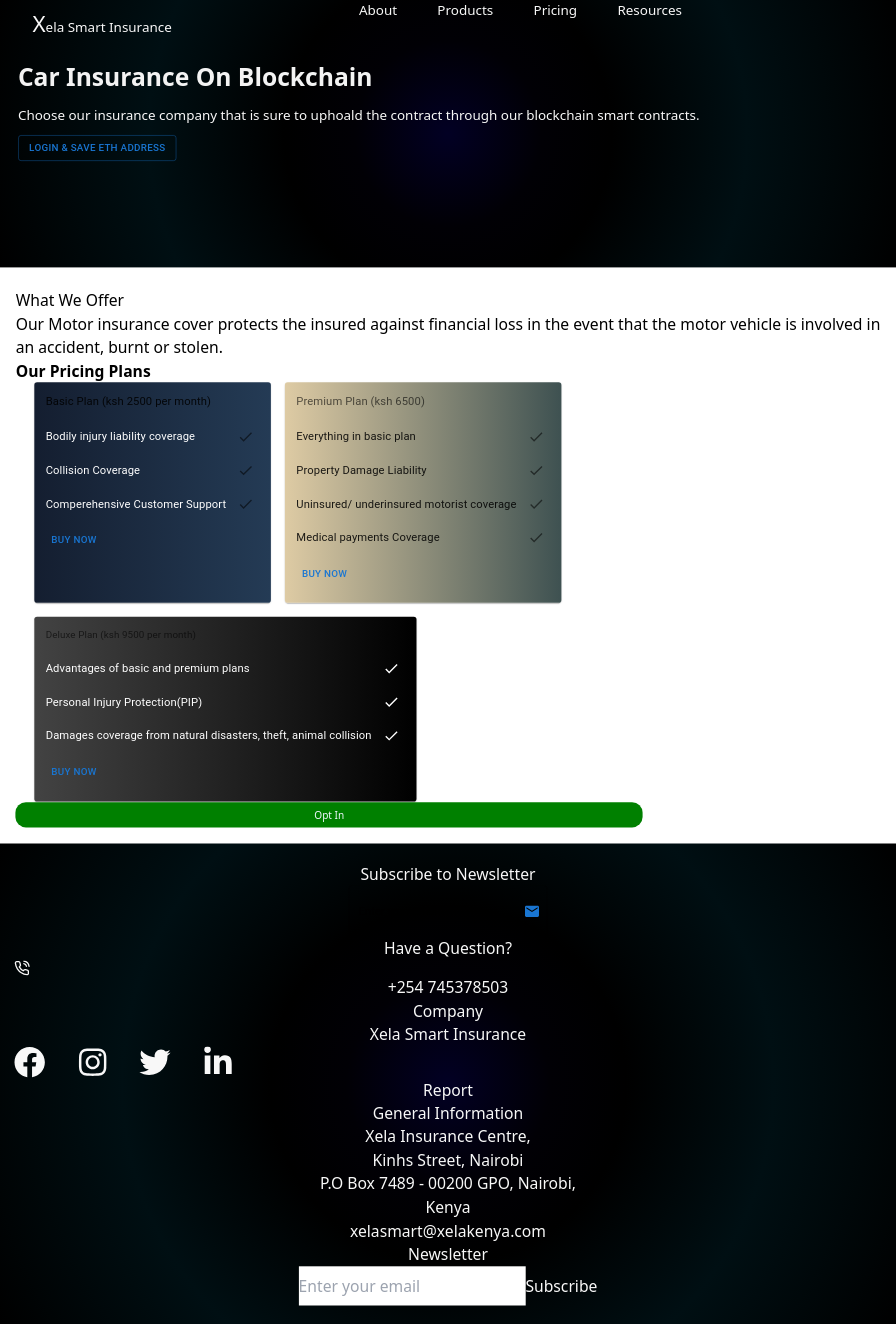
Repository: ALVIN-OBONYO/Xela-smart_insuarance
Page: / (app in frontend/)
The author's editor kept a copy of each file at every save. The page is drawn from the files as they stood at one save, then again after the next save.
The browser window is 1280 px wide. The pictures show the whole page, at 70% of full size.
The project was rebuilt for these pictures with package versions that can differ from the ones it lists, and the page was loaded fresh each time. Also part of the build but not shown: frontend/src/Pages/Policies.jsx, frontend/src/Components/Calendar.css, frontend/src/Components/Calendar.jsx, frontend/src/Components/Input.js, frontend/src/Components/Upload.css, frontend/src/Components/Upload.js, frontend/src/Pages/ReportForm.jsx, frontend/src/Pages/Report.jsx and 2 more.

Above is the page before, as saved 2022-10-04 07:31:34.

### frontend/public/index.html
<!DOCTYPE html>
<html lang="en">
  <head>
    <meta charset="utf-8" />
    <link rel="icon" href="%PUBLIC_URL%/favicon.ico" />
    <meta name="viewport" content="width=device-width, initial-scale=1" />
    <meta name="theme-color" content="#000000" />
    <meta
      name="description"
      content="Web site created using create-react-app"
    />
    <link rel="apple-touch-icon" href="%PUBLIC_URL%/logo192.png" />
    <!--
      manifest.json provides metadata used when your web app is installed on a
      user's mobile device or desktop. See https://developers.google.com/web/fundamentals/web-app-manifest/
    -->
    <link rel="manifest" href="%PUBLIC_URL%/manifest.json" />
    <!--
      Notice the use of %PUBLIC_URL% in the tags above.
      It will be replaced with the URL of the `public` folder during the build.
      Only files inside the `public` folder can be referenced from the HTML.

      Unlike "/favicon.ico" or "favicon.ico", "%PUBLIC_URL%/favicon.ico" will
      work correctly both with client-side routing and a non-root public URL.
      Learn how to configure a non-root public URL by running `npm run build`.
    -->
    <title>React App</title>
  </head>
  <body>
    <noscript>You need to enable JavaScript to run this app.</noscript>
    <link
    href="https://unpkg.com/tailwindcss@^1.0/dist/tailwind.min.css"
    rel="stylesheet"
  />
  <script
    src="https://cdnjs.cloudflare.com/ajax/libs/web3/1.6.1/web3.min.js"
    integrity="sha512-5erpERW8MxcHDF7Xea9eBQPiRtxbse70pFcaHJuOhdEBQeAxGQjUwgJbuBDWve+xP/u5IoJbKjyJk50qCnMD7A=="
    crossorigin="anonymous"
    referrerpolicy="no-referrer"
  ></script>
    <div id="root"></div>
    <!--
      This HTML file is a template.
      If you open it directly in the browser, you will see an empty page.

      You can add webfonts, meta tags, or analytics to this file.
      The build step will place the bundled scripts into the <body> tag.

      To begin the development, run `npm start` or `yarn start`.
      To create a production bundle, use `npm run build` or `yarn build`.
    -->
  </body>
</html>

### frontend/src/index.js
import React from 'react';
import ReactDOM from 'react-dom/client';
import './index.css';
import App from './App';
import reportWebVitals from './reportWebVitals';
import { BrowserRouter } from 'react-router-dom';
const root = ReactDOM.createRoot(document.getElementById('root'));
root.render(
  <React.StrictMode>
     <BrowserRouter>
       <App />
    </BrowserRouter>
  </React.StrictMode>
);

// If you want to start measuring performance in your app, pass a function
// to log results (for example: reportWebVitals(console.log))
// or send to an analytics endpoint. Learn more: https://bit.ly/CRA-vitals
reportWebVitals();

### frontend/src/App.jsx
import './App.css';
import RoutePages from './Components/RoutePages';

function App() {
  return (
    <div className="App">
      <RoutePages/>
    </div>
  );
}

export default App;

### frontend/src/Components/RoutePages.jsx
import React from 'react'
import { Routes, Route} from 'react-router-dom'
import EntryPage from '../Pages/Entrypage'
import PolicyMaker from '../Pages/Policies'
import ReportForm from '../Pages/ReportForm'
import Report from '../Pages/Report'
import ReportInfo from '../Pages/ReportInfo'
import FormPagination from './FormPagination'
const RoutePages = () => {
    return (


   <Routes>

    <Route exact path="/" element={<EntryPage />} />
    <Route path="policy" element={<PolicyMaker />} />

    <Route path="report/2" element={<ReportForm/> } />
    <Route path="report/1" element={<ReportInfo />} />
    <Route path="report/*" element={<FormPagination />} />

   </Routes>


    )
}

export default RoutePages

### frontend/src/Pages/Entrypage.jsx
import React, {useState, useRef} from 'react'
import "../Components/Navbar.css"
import { FaTimes, FaBars, FaInstagram, FaTwitter, FaLinkedinIn, FaFacebook, } from 'react-icons/fa'
import {FiPhoneCall} from 'react-icons/fi'
import { Link} from 'react-router-dom'
import { loginWithEth } from '../Services/LoginWithEth'
import { truncateAddress } from '../Services/TruncateAddress'
import Web3 from 'web3'
import { getContractSymbol } from '../Services/Contract'
import TextField from '@mui/material/TextField'
import Button from "@mui/material/Button"
import FormGroup from "@mui/material/FormGroup"
import PlanCard from "../Components/Cards"
import EmailIcon from "@mui/icons-material/Email"
import { IconButton, InputAdornment } from '@mui/material'
const Entrypage = () => {
        const [navButton, setNavButton] = useState(false)
        const [policy, setPolicy] = useState("")
        const switchNavState = () => setNavButton(!navButton)
        const buttonLogout = useRef(null)
        const yourAddress = useRef()
        window.userAddress = null



        window.onload = async () => {
            if (window.ethereum) {
                window.web3 = new Web3(window.ethereum)
            } else {
                alert("No ETH browser extension detected.")
            }
        }

        function showAddress() {
          if (!window.userAddress) {
            yourAddress.current.innerText = ""
            buttonLogout.current.classList.add("hidden")
             return false
        }

        yourAddress.innerText = `ETH Address: ${truncateAddress(window.userAddress)}`
        buttonLogout.classList.remove("hidden")
    }

         function logout() {
            window.userAddress = null
            window.localStorage.removeItem(buttonLogout)
            showAddress()
}

    return (
        <>
        <header>
        <nav id="my-nav">
        <h1 className='brand'><span className='X'>X</span>ela Smart Insurance</h1>
        <div className='toogleNav' onClick={switchNavState} >{navButton ?
        <div id="bars">

            <FaBars size="2.5em"/>
            </div> :
            <div className = "navflex">
            <div id="times">
                <FaTimes />
                </div>
            <h4>About</h4>
            <h4>Products</h4>
            <h4>Pricing</h4>
            <h4>Resources</h4>
            </div>

}
        </div>
        <div className='nav-section'>
            <h4>About</h4>
            <h4>Products</h4>
            <h4>Pricing</h4>
            <h4>Resources</h4>
        </div>
        </nav>
        <section className="top-descr" id='top'>
            <h1 id="top-h3">Car Insurance On Blockchain</h1>
            <p id="top-pg">Choose our insurance company that is sure to uphoald the contract through our blockchain smart contracts.</p>
            <div id="policy-sec">
                {/* <FormGroup row >
               <TextField
                variant="outlined"
                placeholder='Enter your policy number'
                sx={{
                    borderRadius: 0,
                    padding: 0
                }}
                />
                <Button variant="contained" sx={{
                    borderRadius: 0,
                    padding: "6px"
                }}>Verify</Button>
                    </FormGroup> */}

            <Button variant="outlined" onClick={loginWithEth}>Login & Save ETH Address
                </Button>
                <p id="userAddress" className="text-gray-600" ref={yourAddress}></p>
                <button id="logoutButton" onClick={logout} className="hidden text-blue-500 underline" ref={buttonLogout}>Logout</button>
                           </div>
        </section>
        </header>
        <div className='about-descr' id="descr">
            <h2>What We Offer</h2>
            <p>
            Our Motor insurance cover protects the insured against financial loss in the event that the motor vehicle is involved in an accident, burnt or stolen.</p>

            <p>


<b>Our Pricing Plans</b>
</p>
<PlanCard />
            <Link to="/policy"><button id="buy-policy" onClick={getContractSymbol}>Opt In</button></Link>
        </div>
        <div id="land-footer">
            <div>
                <h2>Subscribe to Newsletter</h2>

                     <TextField
                       variant="outlined"
                       placeholder="Enter your email"

                       InputProps={{
                        endAdornment: (
                            <InputAdornment position="end">
                                <IconButton edge="end" color='primary'>
                                    <EmailIcon />
                                </IconButton>
                            </InputAdornment>
                        )
                       }}
                       />

            </div>
            <div>
            <h2>Have a Question?</h2>
             <h3><FiPhoneCall /> <span>+254 745378503</span></h3>
             <h2>Company</h2>
             <h3>Xela Smart Insurance</h3>
             <div id="social-icons">
               <FaFacebook size="2em"/>
               <FaInstagram size="2em"/>
               <FaTwitter size="2em"/>
               <FaLinkedinIn size="2em"/>
             </div>
             <div>
                <Link to="/report/1">Report</Link>
                <h2>General Information</h2>
                <h4>Xela Insurance Centre,</h4>
                <h4>Kinhs Street, Nairobi</h4>
                <h4>P.O Box 7489 - 00200 GPO, Nairobi,</h4>
                <h4>Kenya</h4>
                <h4>xelasmart@xelakenya.com</h4>
                <h2>Newsletter</h2>
                <input type="text" placeholder="Enter your email" />
                <button>Subscribe</button>
             </div>
            </div>
        </div>
        </>
    )
}

export default Entrypage

### frontend/src/Components/Navbar.css
nav {
    width: 100vw;
    display: flex;
    justify-content: flex-start;
    align-items: flex-start;
}

.brand {
    flex-grow: 1;
    text-align: start;
    padding-left: 2.9rem;
    margin-top: 0.6rem;
    font-size: 1.2rem;
}

.X {
    font-size: 2rem;

}
.nav-section {
    display: flex;
    flex-grow: 1;
    gap: 3em;
    font-size: 1.2rem;
    padding-right: 2em;
    justify-content: flex-start;
    align-items: center;
}
.top-descr  {
    margin-top: 0;
    padding: 1em;
    text-align: justify;
    font-size: 1.6rem;
    height: 45vh;

}


#descr {
    margin-top: 0.5rem;
    padding: 1em;
    text-align: justify;
    font-size: 1.4rem;

}

#top > h1 {
    font-size: 2.2rem;
    font-weight: 700;
    color: rgba(255, 255, 255, 0.952);
    margin-bottom: 0.4em;

}
header {
    background: rgb(2,0,36);
background: radial-gradient(circle, rgba(2,0,36,1) 0%, rgba(1,0,5,1) 20%, rgba(0,0,0,1) 35%, rgba(0,15,19,1) 64%, rgba(0,0,0,1) 100%);
    color: rgb(248, 248, 248);
}


#top-pg {

    font-size: 1.2rem;
    margin-bottom: 0.9rem;
}
#policy-sec {
    display: flex;
    gap: 0.8em;

}
input[type=text] {
    flex-grow: 1;
    height: 2.5em;
}
#btn-policy {
    background-color: rgb(0, 39, 90);
    flex-grow: 1;
    color: wheat;
    border: none;
    margin-top: 0.8em;
    border-radius: 5px;
    padding: 0.6rem;
    font-size: 1.4rem;
    font-weight: 500;

}
#buy-policy {
    width: 70vw;
    height: 2.5em;
    border: none;
    background-color: #008000;
    color:aliceblue;
    font-size: 0.9rem;
    border-radius: 15px;
}
#social-icons {
    display: flex;
    gap: 2em;
}
#land-footer {
    background: rgb(2,0,36);
    background: radial-gradient(circle, rgba(2,0,36,1) 0%, rgba(1,0,5,1) 20%, rgba(0,0,0,1) 35%, rgba(0,15,19,1) 64%, rgba(0,0,0,1) 100%);
    color: rgb(248, 248, 248);
    position: relative;
    padding: 1.2em  0.9em;
    font-size: 1.4rem;
}

.navflex {
    display: flex;
    flex-direction: column;
    justify-content: center;
    align-items: center;
    gap: 2em;
    background-color: rgba(19, 20, 27, 0.918);
    color: white;
    width: 100vw;
    height: 100vh;
    right: 0;
    top: 0;
    position: absolute;
    text-transform: uppercase;
    /* animation-name: ${navanim}; */
}
@media screen and (max-width: 600px){
   .nav-section {

      display: none;
   }


}

@media screen and (min-width: 600px){
    .toogleNav {
        display: none;
        padding: 1.3em;
    }
}

### frontend/src/Services/LoginWithEth.js
import { showAddress } from "./showAddress";
export async function loginWithEth() {
    if (window.web3) {
        try {
            const selectedAccount = await window.ethereum.request({
                method: "eth_requestAccounts"
            })
            .then((accounts) => accounts[0])
            .catch(() => {
                throw Error("No account selected!")
            })

          window.userAddress = selectedAccount;
          window.localStorage.setItem("userAddress", selectedAccount);
        //   showAddress()
        }
        catch (error) {
            console.error(error)
        }
    } else {
        alert("No ETH browser extension detected.");
    }
}

### frontend/src/Services/TruncateAddress.js
export function truncateAddress(address) {
    if (!address) {
        return "";
    }
    return `${address.substr(0, 5)}...${address.substr(
        address.length - 5,
        address.length
      )}`;
}

### frontend/src/Services/Contract.js
window.ABI = require('./contract-abi.json')
export async function getContractSymbol() {
    const CONTRACT_ADDRESS = "0x1A5b30a61CED9B4D9c209E7F1d2fbD38657f8EB1"

    const contract = new window.web3.eth.Contract(
        window.ABI,
        CONTRACT_ADDRESS
    )

    const symbol = await contract.methods.symbol().call({
        from: window.userAddress    })

    alert(`Contract ${CONTRACT_ADDRESS} Symbol: ${symbol}`);
}

### frontend/src/Components/Cards.jsx
import * as React from 'react'
import Box from '@mui/material/Box'
import Card from '@mui/material/Card'
import CardActions from '@mui/material/CardActions'
import CardContent from '@mui/material/CardContent'
import Button from '@mui/material/Button'
import Typography from '@mui/material/Typography'
import {MdDone} from 'react-icons/md'
import List from '@mui/material/List'
import ListItem from '@mui/material/ListItem'
import ListItemText from '@mui/material/ListItemText'
import  IconButton  from '@mui/material/IconButton'

const planValues = [
    {id: 1, text: "Bodily injury liability coverage"},
    {id: 2, text: "Collision Coverage"},
    {id: 3, text: "Comperehensive Customer Support"}

]

const premium = [
    {id: 1, text: "Everything in basic plan"},
    {id: 2, text: "Property Damage Liability"},
    {id: 3, text: "Uninsured/ underinsured motorist coverage"},
    {id: 3, text: "Medical payments Coverage"},
]

const deluxe = [
    {id: 1, text: "Advantages of basic and premium plans"},
    {id: 2, text: "Personal Injury Protection(PIP)"},
    {id: 3, text: "Damages coverage from natural disasters, theft, animal collision"},

]
const PlanCard = () => {
    return (
        <Box sx={{ display: "flex", mx: "1.2em", flexDirection: "row", flexWrap: "wrap", gap: "0.9em"}}>
        <Card sx={{background: 'linear-gradient(to right, #141e30, #243b55)', color: 'white'}}>
        <CardContent>
            <Typography sx={{ fontSize: 16}} color="text.primary" gutterBottom>
                Basic Plan   (ksh 2500 per month)
            </Typography>
            <List sx={{ width: '100%'}}>
                {planValues.map((elem)=> (
                <ListItem key={elem.id} disableGutters secondaryAction={
                    <IconButton>
                        <MdDone />
                    </IconButton>
                }>
                <ListItemText primary={elem.text} />
                </ListItem>
                ))}
            </List>
            <Button>Buy Now</Button>
        </CardContent>
        </Card>
        <Card sx={{background: "linear-gradient(to right, #DECBA4, #3E5151)"}}>
        <CardContent>
            <Typography sx={{ fontSize: 16}} color="text.secondary" gutterBottom>
                Premium Plan   (ksh 6500)
            </Typography>
            <List sx={{ width: '100%'}}>
                {premium.map((elem)=> (
                <ListItem key={elem.id} disableGutters secondaryAction={
                    <IconButton>
                        <MdDone />
                    </IconButton>
                }>
                <ListItemText primary={elem.text} />
                </ListItem>
                ))}
            </List>
            <Button>Buy Now</Button>
        </CardContent>
        </Card>
        <Card sx={{background: "linear-gradient(to right, #434343 0%, black 100%)", color: "white"}}>
        <CardContent>
            <Typography sx={{ fontSize: 14}} color="text.secondary" gutterBottom>
                Deluxe Plan   (ksh 9500 per month)
            </Typography>
            <List sx={{ width: '100%'}}>
                {deluxe.map((elem)=> (
                <ListItem key={elem.id} disableGutters secondaryAction={
                    <IconButton>
                        <MdDone color="white"/>
                    </IconButton>
                }>
                <ListItemText primary={elem.text} />
                </ListItem>
                ))}
            </List>
            <Button>Buy Now</Button>
        </CardContent>
        </Card>
        </Box>
    )
}

export default PlanCard

Loaded but not shown: frontend/src/index.css (common file); frontend/src/reportWebVitals.js (common file); frontend/src/App.css (common file); frontend/src/Services/contract-abi.json (501 lines, source omitted); frontend/src/Services/showAddress.js (no stored copy; drawn as an empty file)

After the next save:
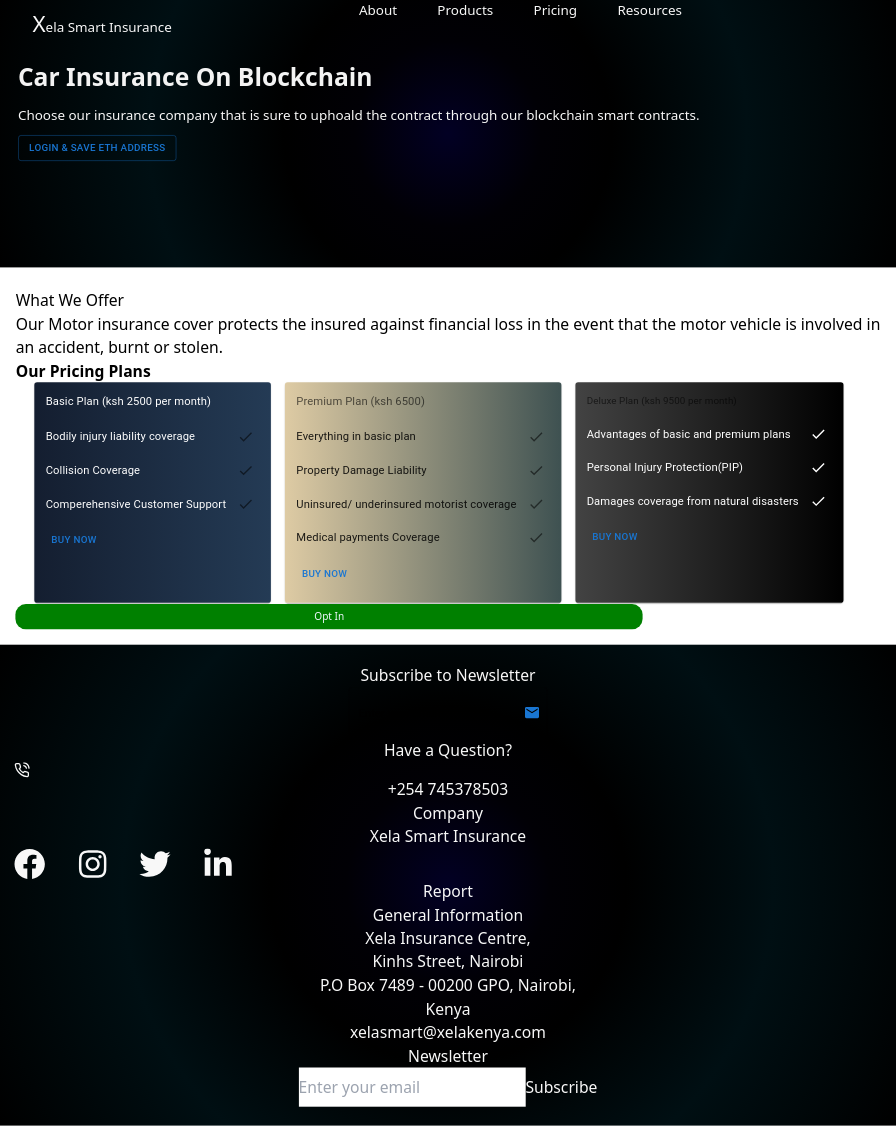
Saved 3 min 18 s later.
--- a/frontend/src/Components/Cards.jsx
+++ b/frontend/src/Components/Cards.jsx
@@ -28,7 +28,7 @@ const premium = [
 const deluxe = [
     {id: 1, text: "Advantages of basic and premium plans"},
     {id: 2, text: "Personal Injury Protection(PIP)"},
-    {id: 3, text: "Damages coverage from natural disasters, theft, animal collision"},
+    {id: 3, text: "Damages coverage from natural disasters"},
 
 ]
 const PlanCard = () => {
@@ -36,7 +36,7 @@ const PlanCard = () => {
         <Box sx={{ display: "flex", mx: "1.2em", flexDirection: "row", flexWrap: "wrap", gap: "0.9em"}}>
         <Card sx={{background: 'linear-gradient(to right, #141e30, #243b55)', color: 'white'}}>
         <CardContent>
-            <Typography sx={{ fontSize: 16}} color="text.primary" gutterBottom>
+            <Typography sx={{ fontSize: 16}} color="text.primary             " gutterBottom>
                 Basic Plan   (ksh 2500 per month)
             </Typography>
             <List sx={{ width: '100%'}}>
